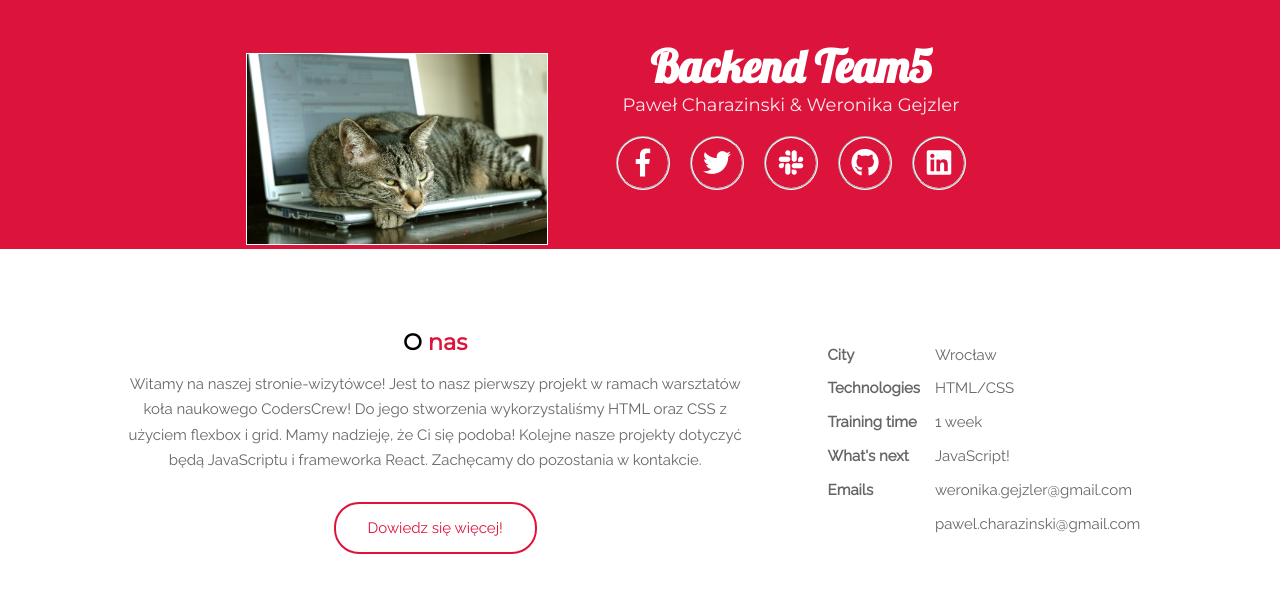
Repository: pietruszka/cc_proj1
Page: index.html
The author's editor kept a copy of each file at every save. The page is drawn from the files as they stood at one save, then again after a run of saves.
The browser window is 1280 px wide. The pictures show the whole page.
Some web libraries are served in a nearby version.

Above is the page before, as saved 2018-11-18 20:54:50.

After the next 2 saves:
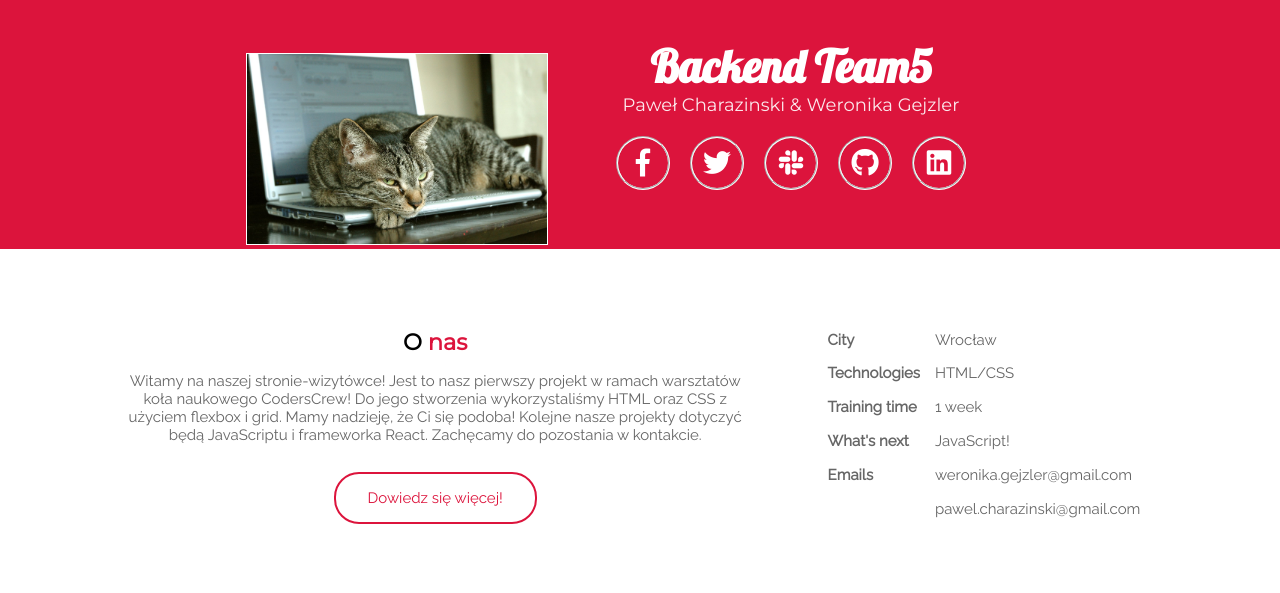
The 2 saves are shown as one change because they came seconds apart.
The last was saved 18 s later.
--- a/style.css
+++ b/style.css
@@ -130,7 +130,7 @@ height: auto;
    color: #666666;
    Font-Family: Raleway;
 Font-Style: Regular;
-
+text-align:
 Line-Height: 1.7em;
 
 }
